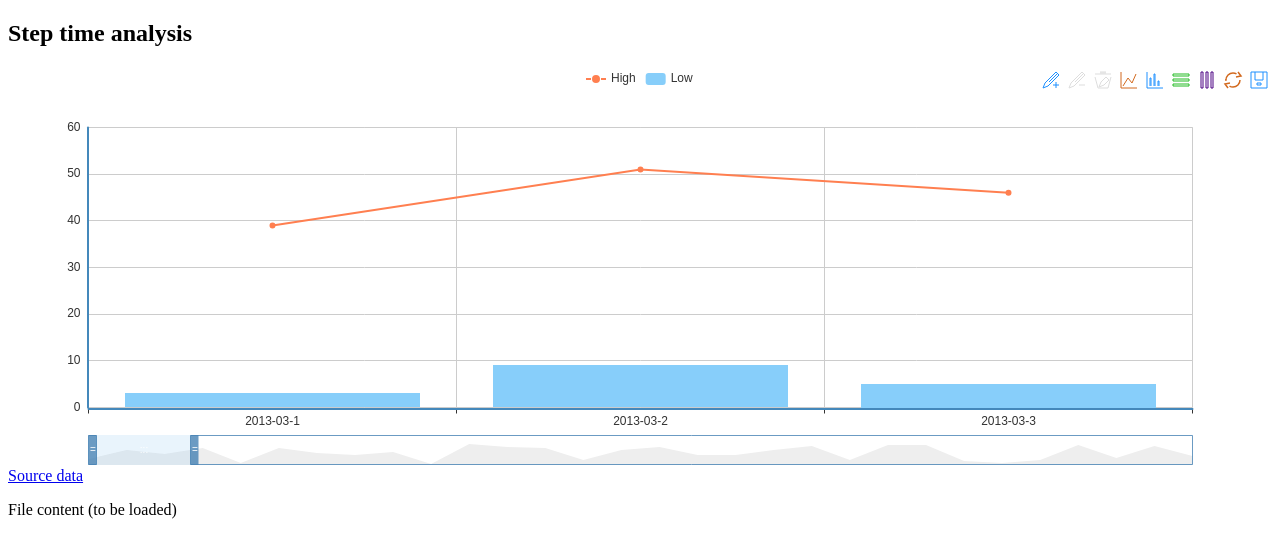
Repository: shutterfly2011/apache
Page: eChartTest/WebContent/ChartEvent.html
An editor plug-in stored every save of this project. The page is shown before and after the next save, followed by the edit.
The browser window is 1280 px wide. The pictures show the whole page.

Above is the page before, as saved 2015-10-14 03:56:07.
Console error (its wording comes from the project's code and is left out).

After the next save:
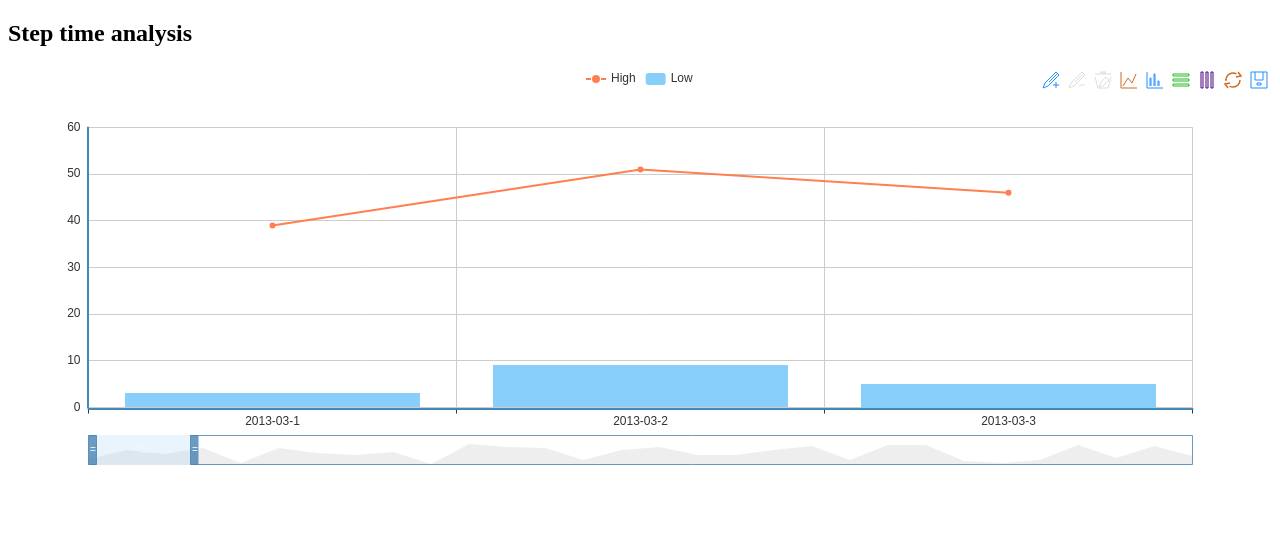
Saved 74 s later.
--- a/eChartTest/WebContent/ChartEvent.html
+++ b/eChartTest/WebContent/ChartEvent.html
@@ -127,12 +127,12 @@ var option = {
 <body>
 	<h2>Step time analysis</h2>
 	<div id="chart" style="height:400px"></div>
+	<p>
+		<a id = "hover-console"></a>
+	</p>
 
-	<!-- <a id="sourceFile" href="c:/Apache24/htdocs/eChartTest/StepTimeStat.csv">Source data</a> -->
-	<!-- <a id="sourceFile" href="http://usfrpvmesepitc2.dow.com/lab/StepTimeStatWithTargets.csv">Source data</a> -->
-	<a id="sourceFile" href="http://localhost/eChartTest/StepTimeStatWithTargets.csv">Source data</a>
 	<p>
-		<a id="fileContent">File content (to be loaded)</a>
+		<a id = "console"></a>
 	</p>
 	<script type="text/javascript">
 	require.config({
@@ -152,15 +152,6 @@ var option = {
     );
 
 	</script>
-	<script type="text/javascript">
 
-	</script>
-	<p>
-		<a id = "hover-console"></a>
-	</p>
-		<a id = "console"></a>
-	<p>
-
-	</p>
 </body>
 </html>
